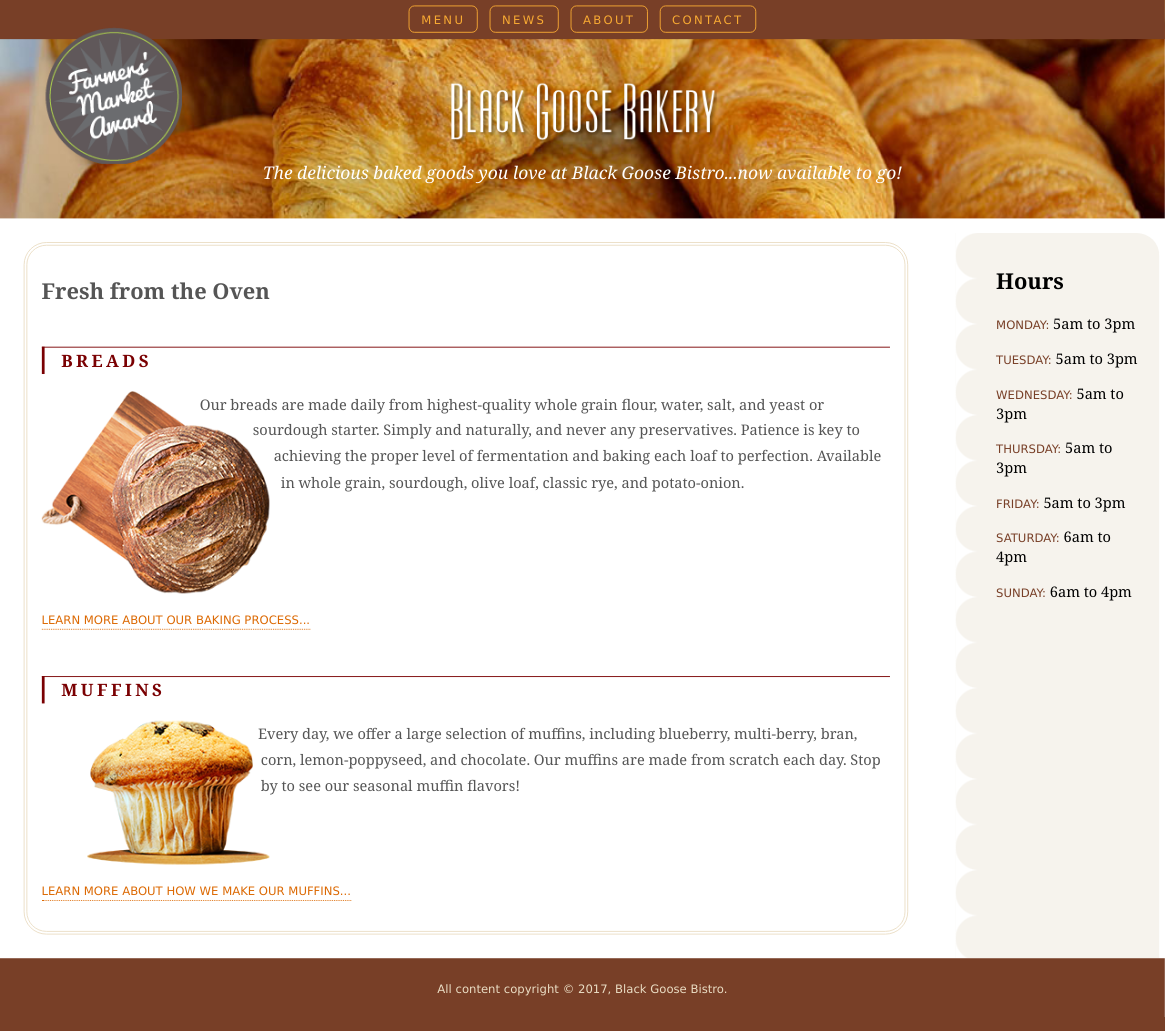
Repository: Colo-Codes/code-practice
Page: 02-css-practice-8.html
These files come from the project's save history. The page is drawn as it stood at one moment and after the next save; the edit follows.
The browser window is 1280 px wide. The pictures show the whole page, at 91% of full size.
Some web fonts or font styles are not loaded; a fallback is used.

Above is the page before, as saved 2021-05-17 11:25:05.

After the next save:
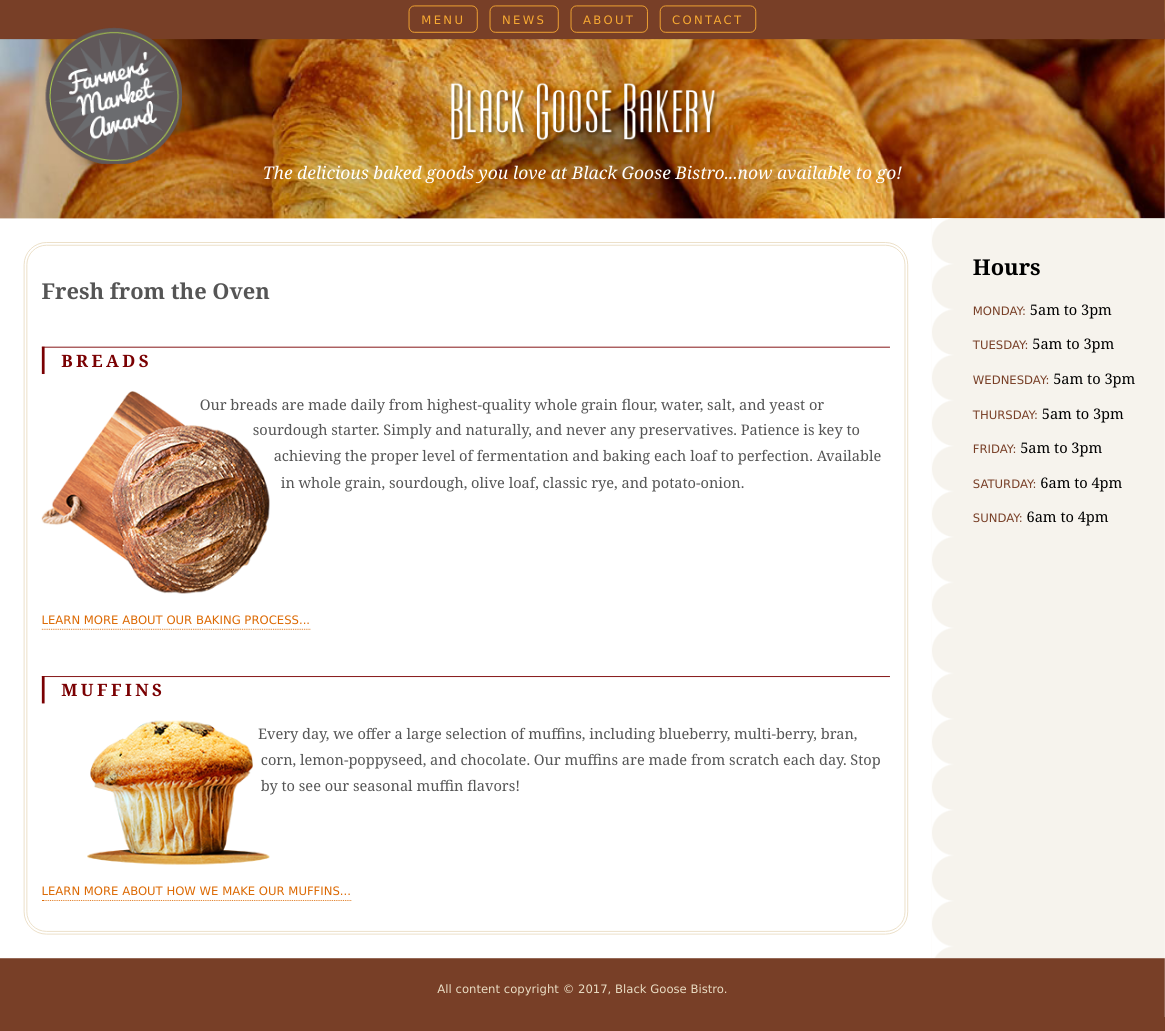
Saved 84 s later.
--- a/css/bakery-styles.css
+++ b/css/bakery-styles.css
@@ -139,8 +139,8 @@ aside {
   background-color: #F6F3ED;
   padding: 1em;
   padding-left: 45px;
-  border-top-right-radius: 25px;
-  margin: 1em 2.5% 0 10%;
+  /* border-top-right-radius: 25px; */
+  /* margin: 1em 2.5% 0 10%; */
   grid-area: hours;
 }
 /* misc styles */
